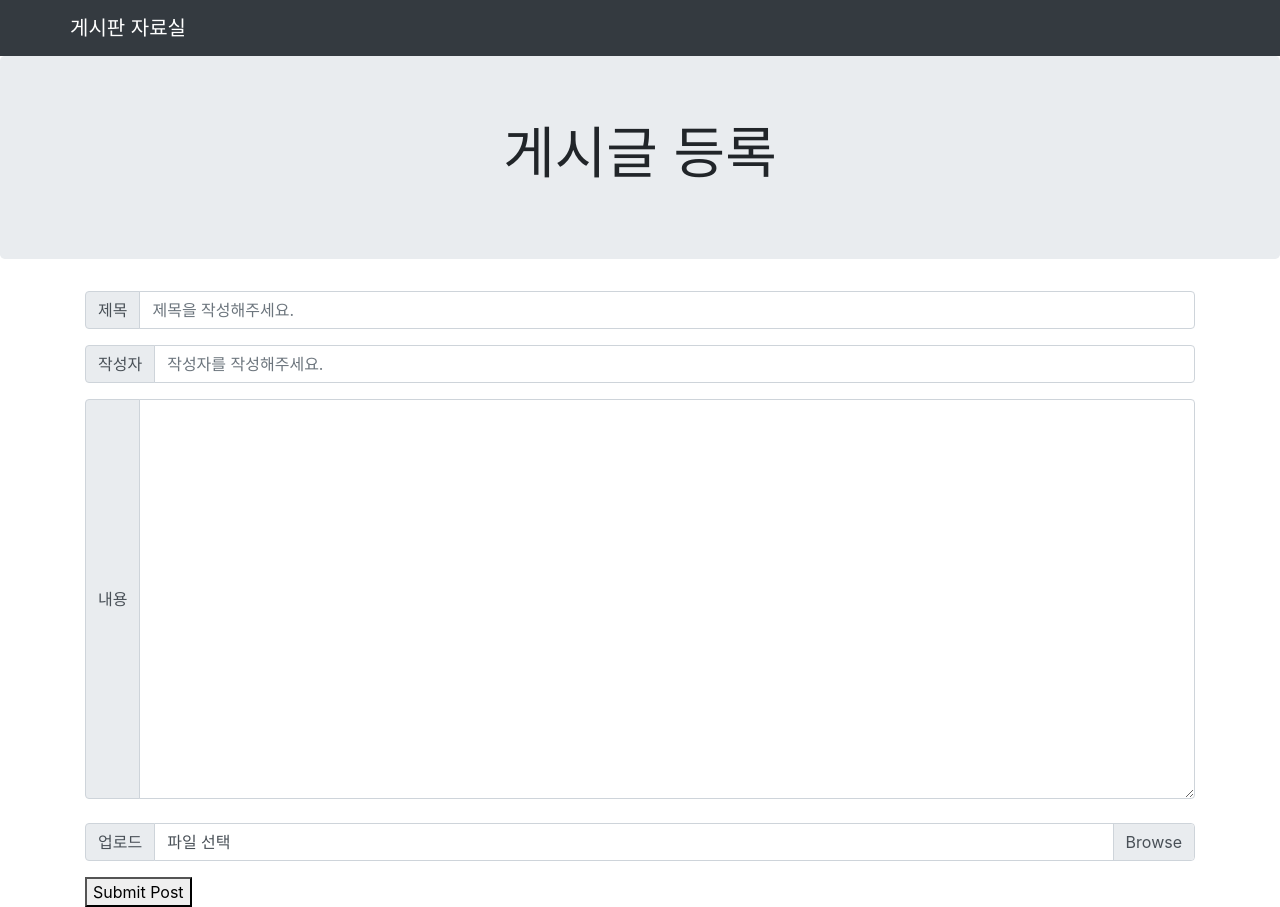
Repository: LeeKukJu/JSP-Study
Page: http://localhost/JSPBook/ch11/totaltest/boardForm.jsp
An editor plug-in stored every save of this project. The page is shown before and after the next save, followed by the edit.
The browser window is 1280 px wide. The pictures show the whole page.
The page is served by Tomcat 9. Nobody is signed in. The application's start-up code is not run.

Above is the page before, as saved 2023-02-04 02:34:30.

After the next save:
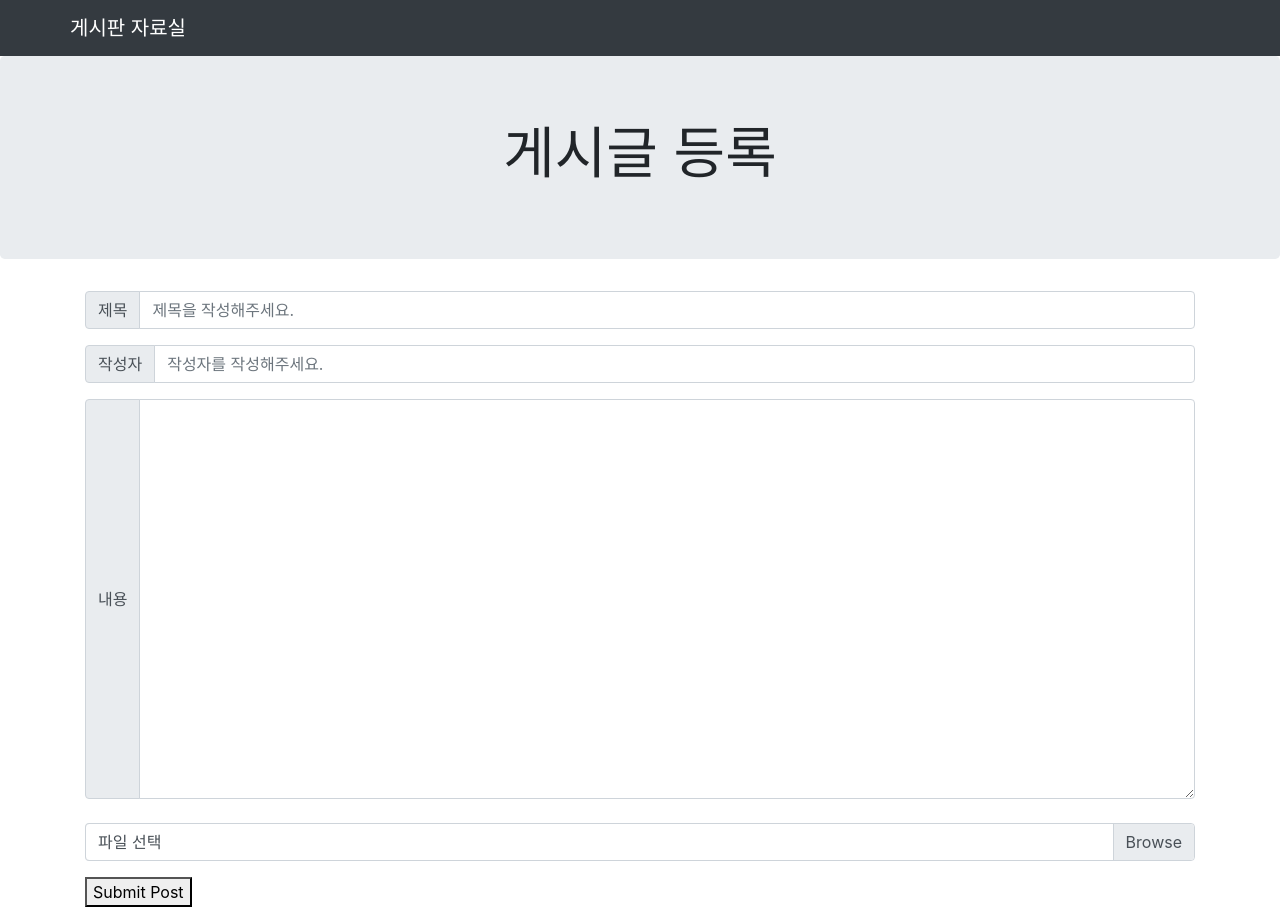
Saved 58 s later.
--- a/JSPBook/WebContent/ch11/totaltest/boardForm.jsp
+++ b/JSPBook/WebContent/ch11/totaltest/boardForm.jsp
@@ -78,7 +78,7 @@
 				<div class="input-group-prepend">
 					<span class="input-group-text">업로드</span>
 				</div>
-				<div class="custom-file">
+				<div >
 					<input type="file"  name="filename" id="inputGroupFile01">
 					<label class="custom-file-label" for="inputGroupFile01">파일 선택</label>
 				</div>
